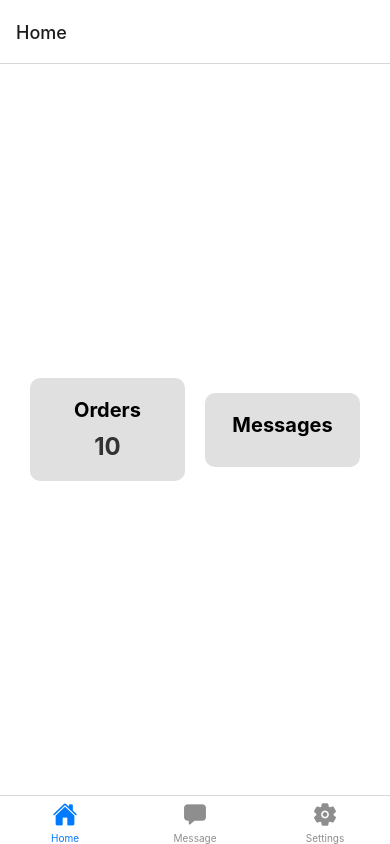
Repository: Waikato153/AwesomeProject
Screen: /
An editor plug-in stored every save of this project. The screen is shown before and after the next save, followed by the edit.
The app was drawn by React Native's web renderer in a window 390 px wide. The project was rebuilt for these pictures with package versions that can differ from the ones it lists, and the page was loaded fresh each time.

Above is the screen before, as saved 2024-02-28 15:54:28.

After the next save:
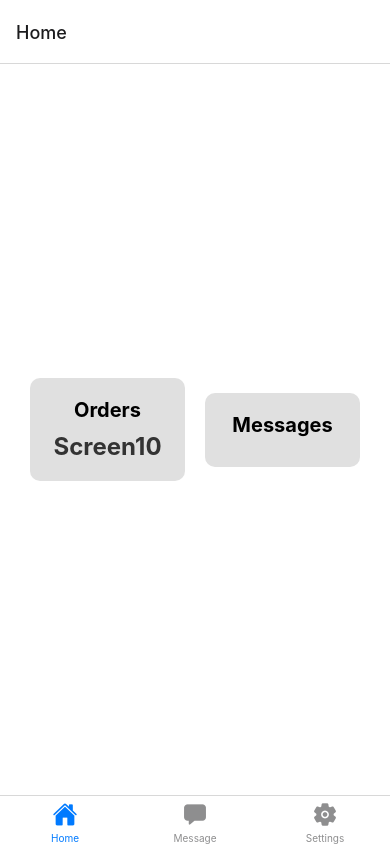
Saved 7 s later.
--- a/screens/HomeScreen.js
+++ b/screens/HomeScreen.js
@@ -6,7 +6,7 @@ const HomeScreen = () => {
     <View style={styles.container}>
       <View style={styles.block}>
         <Text style={styles.title}>Orders</Text>
-        <Text style={styles.count}>10</Text> {/* Example number of orders */}
+        <Text style={styles.count}>Screen10</Text> {/* Example number of orders */}
       </View>
       <View style={styles.block}>
         <Text style={styles.title}>Messages</Text>
